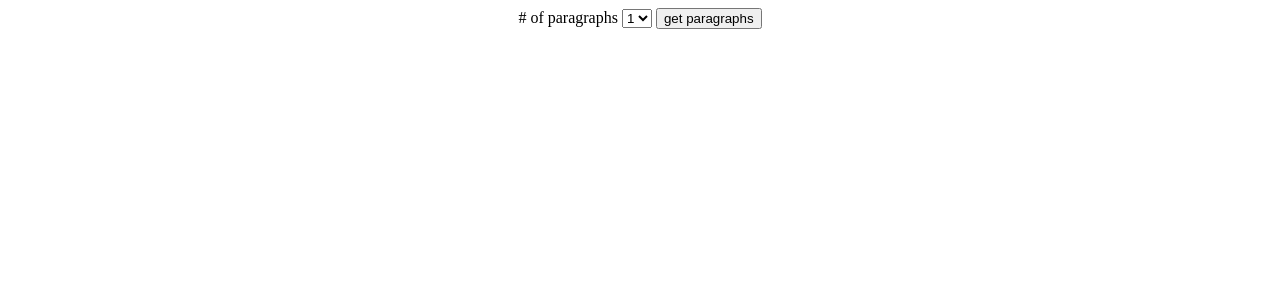
Repository: jedeyejed00/TheGameShaq
Page: ClassWork/Lab4/generatorform.html
The author's editor kept a record of every edit. The page is drawn from the files as they stood at one moment, then again after the next edit.
The browser window is 1280 px wide. The pictures show the whole page.

Above is the page before.

After the next edit:
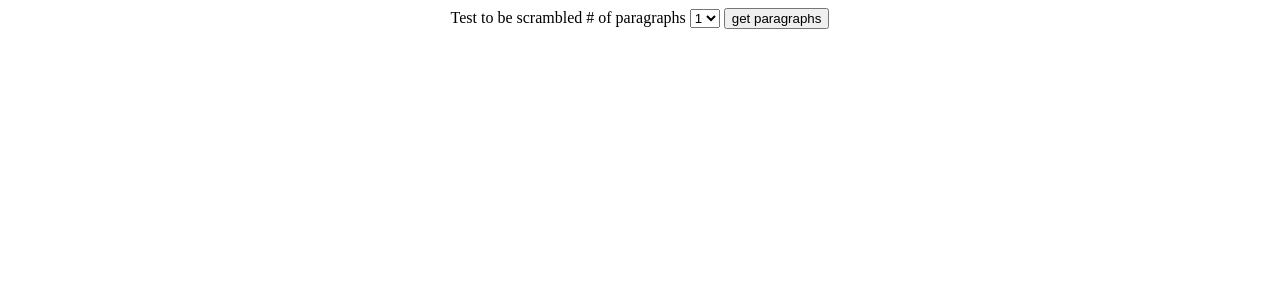
The edit:
--- a/ClassWork/Lab4/generatorform.html
+++ b/ClassWork/Lab4/generatorform.html
@@ -13,6 +13,8 @@
 
 
                 <form action="generator.php" method="POST">
+                <label for "text">Test to be scrambled</label>
+                <label type="text"></label>
 
                     <label for ="paragraphs"># of paragraphs</label>
                     <select id ="paragraphs" names ="paragraphs">
